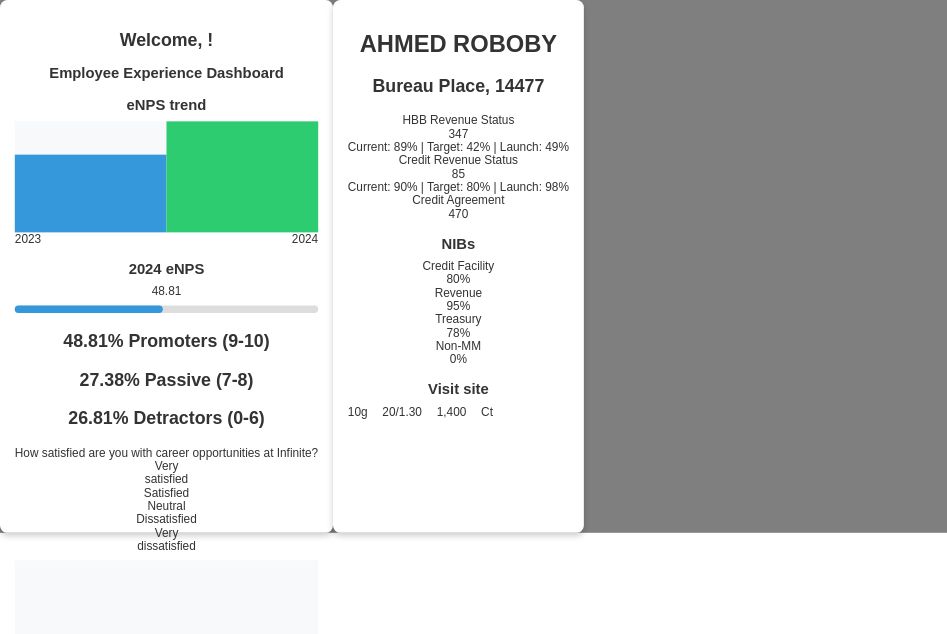
Repository: Ramaryal33/Airline-Management-System
Page: http://localhost/Airline_Management_System/WEB-INF/page/staffDashboard.jsp
An editor plug-in stored every save of this project. The page is shown before and after the next save, followed by the edit.
The browser window is 1280 px wide. The pictures show the whole page, at 74% of full size.
The page is served by Tomcat 10. Nobody is signed in. The template is opened directly, without the code that normally fills it, so the values that code supplies are empty.

Above is the page before, as saved 2025-05-01 15:57:26.

After the next save:
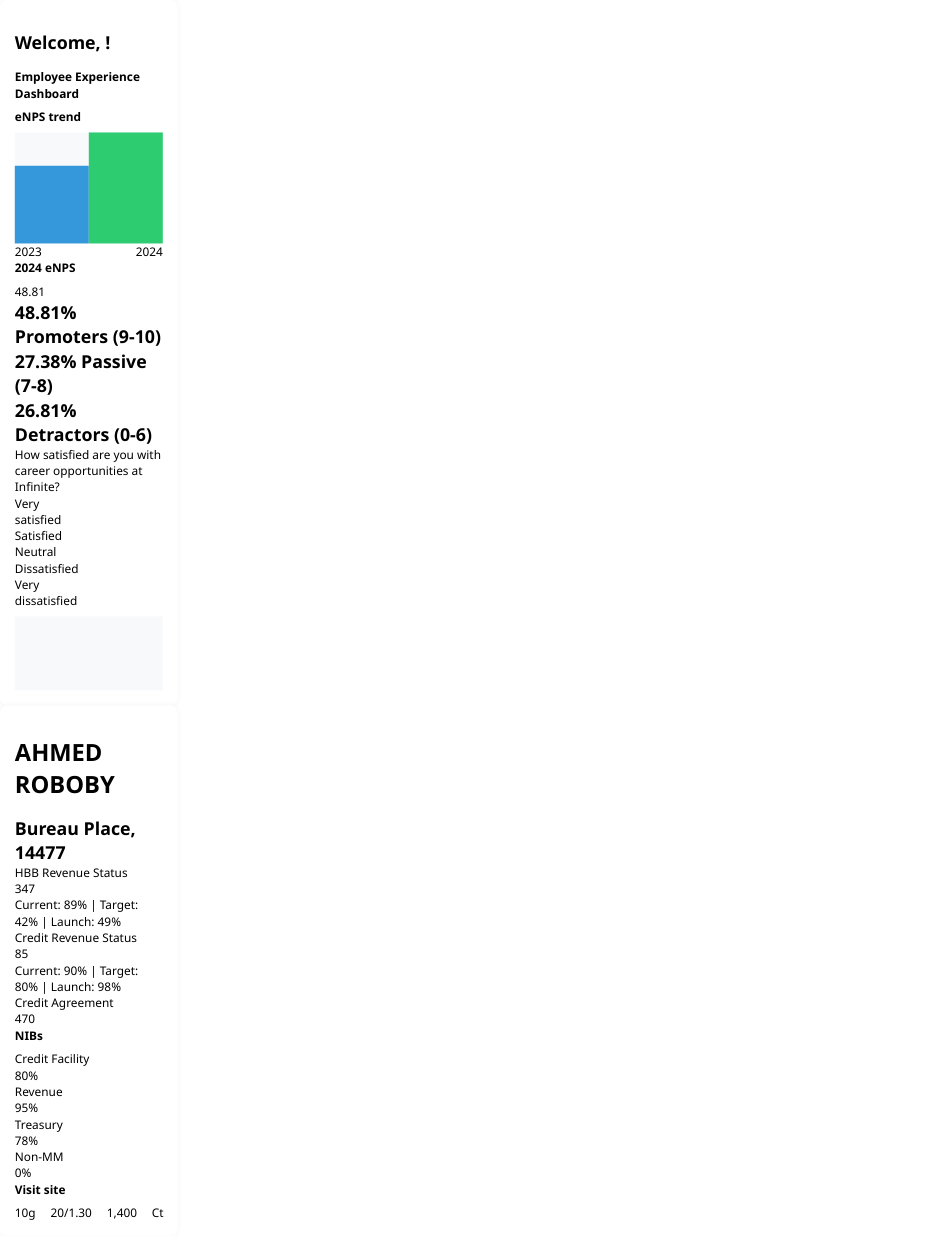
Saved 26 min 16 s later.
--- a/Airline_Management_System/src/main/webapp/css/staff.css
+++ b/Airline_Management_System/src/main/webapp/css/staff.css
@@ -1,107 +1,90 @@
 body {
     margin: 0;
-    font-family: Arial, sans-serif;
-    color: #fff;
-}
-
-.dashboard-background {
-    background: url('image/aeroplane.jpg') no-repeat center center fixed;
-    background-size: cover;
-    min-height: 100vh;
+    font-family: 'Segoe UI', sans-serif;
     display: flex;
 }
 
-.dashboard-container {
-    display: flex;
-    width: 100%;
+.sidebar {
+    background-color: #0047AB; /* Blue background */
+    color: white;
+    width: 220px;
     height: 100vh;
-    background-color: rgba(0, 0, 0, 0.5); /* Dark overlay */
-}
-
-.sidebar {
-    width: 220px;
-    background-color: rgba(81, 65, 120, 0.95);
     padding: 20px;
-    color: white;
+    box-sizing: border-box;
 }
 
 .sidebar h2 {
+    margin-top: 0;
     font-size: 22px;
-    margin-bottom: 20px;
+    margin-bottom: 40px;
 }
 
 .sidebar ul {
-    list-style: none;
+    list-style-type: none;
     padding: 0;
 }
 
 .sidebar ul li {
-    margin: 15px 0;
+    margin: 20px 0;
 }
 
 .sidebar ul li a {
     text-decoration: none;
     color: white;
-    font-weight: bold;
-}
-
-.sidebar ul li a:hover {
-    text-decoration: underline;
+    font-size: 16px;
 }
 
 .main-content {
     flex-grow: 1;
+    background-color: #f8f9fa;
     padding: 40px;
-    overflow-y: auto;
 }
 
-.header h1 {
-    font-size: 32px;
-    margin-bottom: 5px;
+.main-content h1 {
+    font-size: 28px;
+    margin-bottom: 10px;
 }
 
-.header h2 {
-    font-size: 18px;
+.main-content h2 {
     font-weight: normal;
-    color: #ddd;
+    font-size: 20px;
+    color: #666;
     margin-bottom: 30px;
 }
 
 .cards {
-    display: grid;
-    grid-template-columns: repeat(auto-fit, minmax(200px, 1fr));
+    display: flex;
     gap: 20px;
+    margin-bottom: 30px;
+    flex-wrap: wrap;
 }
 
 .card {
-    background: white;
-    color: #333;
+    background-color: white;
+    padding: 20px;
     border-radius: 10px;
-    padding: 20px;
-    box-shadow: 0 4px 8px rgba(0,0,0,0.2);
-    text-align: center;
+    width: 200px;
+    box-shadow: 0 0 8px rgba(0,0,0,0.05);
 }
 
 .card h3 {
-    font-size: 20px;
-    margin-bottom: 10px;
+    font-size: 16px;
+    margin: 0 0 10px;
 }
 
 .card p {
     font-size: 24px;
     font-weight: bold;
+    margin: 0;
 }
 
-.progress-bar {
-    background: #ddd;
-    border-radius: 5px;
-    height: 10px;
-    margin-top: 10px;
-    width: 100%;
+.chart {
+    margin-top: 20px;
 }
 
-.progress {
-    background: #3498db;
-    height: 10px;
-    border-radius: 5px;
+.bar, .pie {
+    height: 200px;
+    background-color: #e1e1e1;
+    border-radius: 10px;
+    margin-bottom: 20px;
 }
